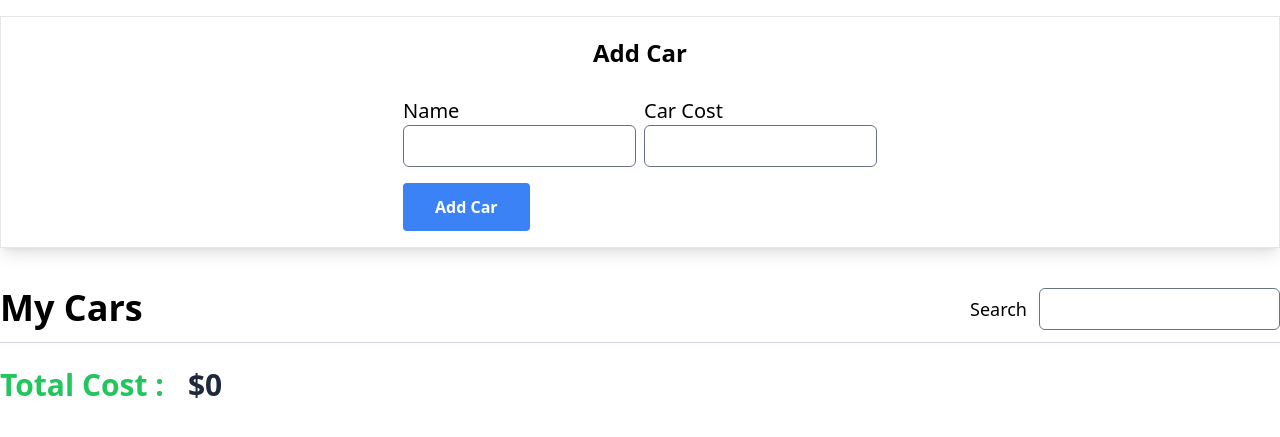
Repository: Marhamat92/carsappreduxtoolkit
Page: /
The author's editor kept a copy of each file at every save. The page is drawn from the files as they stood at one save, then again after the next save.
The browser window is 1280 px wide. The pictures show the whole page.
The project was rebuilt for these pictures with package versions that can differ from the ones it lists, and the page was loaded fresh each time.

Above is the page before, as saved 2023-01-24 00:48:24.

After the next save:
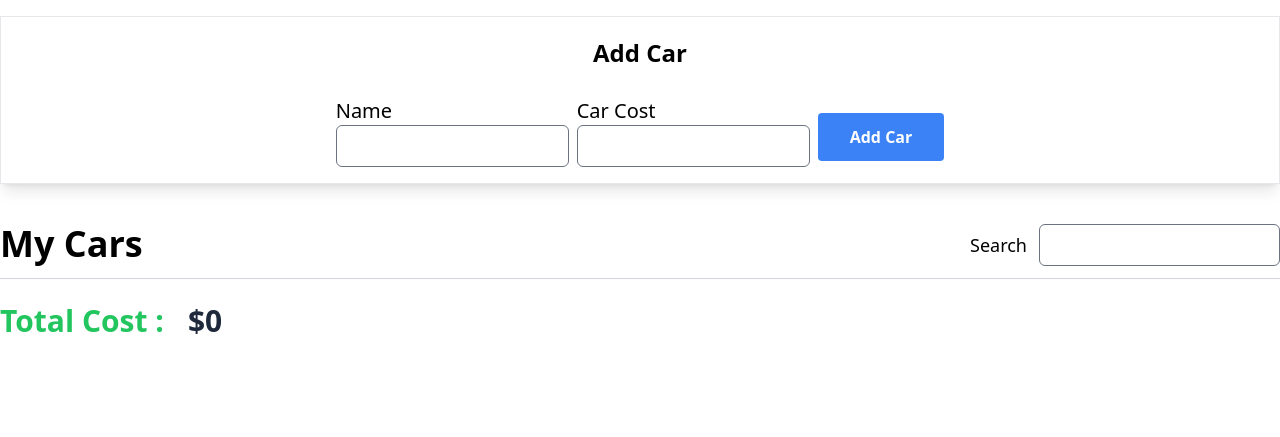
Saved 6 min 59 s later.
--- a/src/components/CarForm.js
+++ b/src/components/CarForm.js
@@ -53,8 +53,12 @@ function CarForm() {
 
               ' value={cost || ''} onChange={handleCostChange} type='number' name='price' id='price' />
             </div>
+            <div>
+              <button className='bg-blue-500 hover:bg-blue-700 text-white font-bold py-3  px-8 rounded mt-4' type='submit'>Add Car</button>
+            </div>
           </div>
-          <button className='bg-blue-500 hover:bg-blue-700 text-white font-bold py-3  px-8 rounded mt-4' type='submit'>Add Car</button>
+
+
         </form>
       </div>
     </div>
